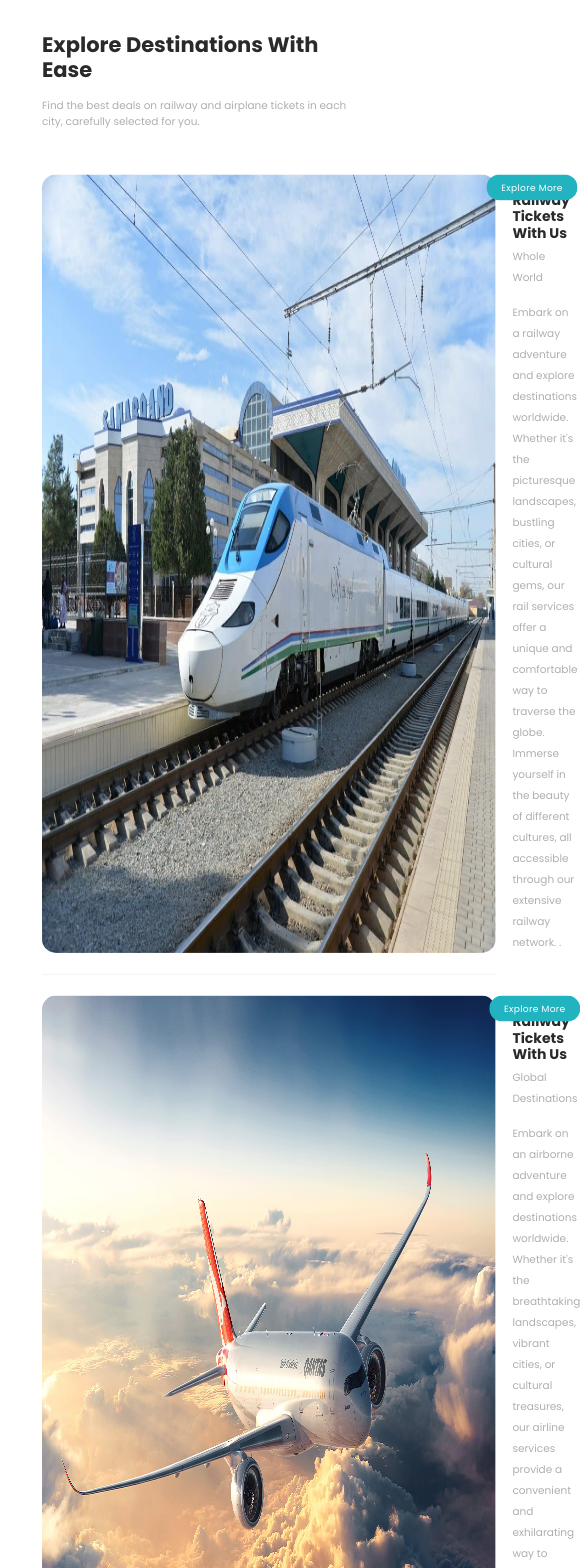
Repository: asadbekdev07/asadbekdev-zamontour-react
Page: /
These files come from the project's save history. The page is drawn as it stood at one moment and after the next save; the edit follows.
The browser window is 768 px wide. The page is 829 px wide, then 768 px, so the pictures cover 829 px, including what lies to the right of the window. The pictures show the part of the page from y = 2175 to 4415 px (the page is 4840 px tall before and 3909 px after), at 70% of full size.
The project was rebuilt for these pictures with package versions that can differ from the ones it lists, and the page was loaded fresh each time. Also part of the build but not shown: vite.config.js.

Above is the page before, as saved 2024-05-26 18:36:31.

### index.html
<!doctype html>
<html lang="en">
  <head>
    <meta charset="UTF-8" />
    <link rel="icon" type="image/svg+xml" href="/vite.svg" />
    <meta name="viewport" content="width=device-width, initial-scale=1.0" />
    <title>Vite + React</title>
    <link rel="stylesheet" href="https://cdnjs.cloudflare.com/ajax/libs/font-awesome/6.5.2/css/all.min.css" integrity="sha512-SnH5WK+bZxgPHs44uWIX+LLJAJ9/2PkPKZ5QiAj6Ta86w+fsb2TkcmfRyVX3pBnMFcV7oQPJkl9QevSCWr3W6A==" crossorigin="anonymous" referrerpolicy="no-referrer" />

  </head>
  <body>
    <div id="root"></div>
    <script type="module" src="/src/main.jsx"></script>
  </body>
</html>

### src/main.jsx
import React from 'react'
import ReactDOM from 'react-dom/client'
import App from './assets/components/App'
import './assets/styles/index.css'
import './i18n'

ReactDOM.createRoot(document.getElementById('root')).render(
  <React.StrictMode>
    <App />
  </React.StrictMode>,
)

### src/assets/components/App.jsx
import Destination from "./Destination"
import Offers from "./Offers"
import SiteHeader from "./Site-header"
import SliderHero from "./Slider-hero"
import Visa from "./Visa"

function App() {

  return (
    <>
      <SiteHeader />
      <SliderHero />
      <Offers />
      <Visa />
      <Destination />
    </>
  )
}

export default App

### src/assets/styles/index.css
/* CUSTOM PROPS */
:root {
  --primary-color: #22b3c1;
  --primary-bg-color: #ffffff;
  --border-color: #eeeeee;
  --secondary-text-color: #2a2a2a;
  --grayish-text-color: #afafaf;
  --form-border-color: #e0e0e0;
}

/* FONT-FACE  */
@font-face {
  font-family: "Poppins";
  src: url("../fonts/Poppins-Regular.woff2") format("woff2"), url("../fonts/Poppins-Regular.woff") format("woff");
  font-weight: normal;
  font-style: normal;
  font-display: swap;
}
@font-face {
  font-family: "Poppins";
  src: url("../fonts/Poppins-BoldItalic.woff2") format("woff2"), url("../fonts/Poppins-BoldItalic.woff") format("woff");
  font-weight: bold;
  font-style: italic;
  font-display: swap;
}
@font-face {
  font-family: "Poppins";
  src: url("../fonts/Poppins-SemiBold.woff2") format("woff2"), url("../fonts/Poppins-SemiBold.woff") format("woff");
  font-weight: 600;
  font-style: normal;
  font-display: swap;
}
@font-face {
  font-family: "Poppins";
  src: url("../fonts/Poppins-Medium.woff2") format("woff2"), url("../fonts/Poppins-Medium.woff") format("woff");
  font-weight: 500;
  font-style: normal;
  font-display: swap;
}
@font-face {
  font-family: "Poppins";
  src: url("../fonts/Poppins-Bold.woff2") format("woff2"), url("../fonts/Poppins-Bold.woff") format("woff");
  font-weight: bold;
  font-style: normal;
  font-display: swap;
}

/* GLOBAL  */
html {
  box-sizing: border-box;
  height: 100%;
  scroll-behavior: smooth;
}

*,
*::before,
*::after {
  box-sizing: inherit;
}

:focus {
  outline: 2px dotted var(--primary-color);
  outline-offset: 3px;
}

body {
  display: flex;
  flex-direction: column;
  height: 100%;
  padding: 0;
  margin: 0;
  font-weight: 400;
  font-family: "Poppins", "Arial", sans-serif;
  font-size: 15px;
  background-color: #ffffff;
  color: var(--grayish-text-color);
}

img {
  max-width: 100%;
  height: auto;
}

/* AUTOFILL-STYLES */
/*input:-webkit-autofill,
input:-webkit-autofill:hover,
input:-webkit-autofill:focus,
textarea:-webkit-autofill,
textarea:-webkit-autofill:hover,
textarea:-webkit-autofill:focus,
select:-webkit-autofill,
select:-webkit-autofill:hover,
select:-webkit-autofill:focus {
  border-color: transparent;
  -webkit-text-fill-color: inherit;
  -webkit-box-shadow: 0 0 0px 1000px #fff inset;
}*/


/* PLACEHOLDER-STYLES */
/*::-webkit-input-placeholder,
::-moz-placeholder,
:-ms-input-placeholder,
:-moz-placeholder {
  color: rgba(52, 49, 61, 0.5);
  opacity: 1;
}*/


/* VISUALLY-HIDDEN */
.visually-hidden {
  position: absolute;
  width: 1px;
  height: 1px;
  margin: -1px;
  border: 0;
  padding: 0;
  clip: rect(0 0 0 0);
  overflow: hidden;
}


/* CONTAINER  */
.container {
  width: 100%;
  max-width: 1200px;
  padding-left: 20px;
  padding-right: 20px;
  margin-left: auto;
  margin-right: auto;
}

/* MAIN-CONTENT  */
.main-content {
  flex-grow: 1;
}

/* BUTTON  */
.button {
  padding: 13px 30px;
  margin: 0;
  display: inline-block;
  border-radius: 25px;
  font-weight: 500;
  line-height: 21px;
  font-size: 14px;
  letter-spacing: 0.5px;
  transition: color 0.4s ease;
  text-transform: capitalize;
  border: 1px solid transparent;
  background-color: #22b3c1;
  color: #ffffff;
  overflow: hidden;
  text-decoration: none;
  cursor: pointer;
  white-space: nowrap;
  text-align: center;
}
.button:hover {
  opacity: 0.8;
}
.button:active {
  opacity: 0.6;
}

.button--arrow {
  color: #22b3c1;
  transition: all 0.5s ease;
  text-decoration: none;
}

.button--white {
  background-color: #ffffff;
  color: #22b3c1;
}
.button--white:hover {
  background-color: #22b3c1;
  color: #ffffff;
  opacity: 1;
}

.button--form {
  width: 100%;
  display: block;
}

.button--cta {
  border: 1px solid #e0e0e0;
}
.button--cta:hover {
  background-color: #ffffff;
  color: #22b3c1;
  opacity: 1;
}

/* SITE-HEADER  */
.site-header {
  position: relative;
  padding: 15px 20px;
  background-color: var(--primary-color);
}

.site-header :focus {
  outline: 2px dotted var(--primary-bg-color);
  outline-offset: 3px;
}

.site-header__container {
  display: flex;
  align-items: center;
  justify-content: space-between;
}

.site-header__sitenav {
  display: flex;
  align-items: center;
  justify-content: space-between;
}

.sitenav__list {
  padding: 0;
  margin: 0;
  list-style: none;
  display: flex;
  align-items: center;
}

.sitenav__item {
  margin-right: 30px;
}

.sitenav__link {
  text-decoration: none;
  color: var(--primary-bg-color);
  transition: color 0.4s ease;
}

.sitenav__link:hover {
  color: var(--secondary-text-color);
}

.sitenav__link:active {
  opacity: 0.6;
}

.lang {
  margin: 0;
  padding: 0;
  list-style: none;
  display: flex;
  align-items: center;
}

.lang__item {
  margin-right: 30px;
}

.lang__link {
  text-decoration: none;
  color: var(--primary-bg-color);
  transition: color 0.4s ease;
}

.lang__link:hover {
  color: var(--secondary-text-color);
}

.lang__link:active {
  opacity: 0.6;
}

.social {
  margin: 0;
  padding: 0;
  list-style: none;
  display: flex;
  align-items: center;
}

.social__item:not(:last-child) {
  margin-right: 30px;
}

.social__link {
  display: block;
  text-decoration: none;
}

.social__icon {
  display: block;
  color: var(--primary-bg-color);
}

.fa-telegram {
  transition: color 0.4s ease;
}

.fa-instagram {
  transition: color 0.4s ease;
}

.fa-telegram:hover {
  color: var(--secondary-text-color)
}

.fa-instagram:hover {
  color: var(--secondary-text-color)
}

.site-header__toggler {
  display: none;
  width: 24px;
  height: 22px;
  border: 0;
  background-color: transparent;
  padding: 0;
  margin: 0;
  color: var(--primary-bg-color);
}

/* SLIDER-HERO  */
.slider {
  background-position: center;
  background-repeat: no-repeat;
  background-size: cover;
}

.slider__container {
  width: 90%;
  padding-top: 90px;
  padding-bottom: 90px;
  display: flex;
  flex-direction: column;
  align-items: center;
}

.slider__top {
  padding-top: 50px;
  width: 100%;
  text-align: center;
}

.slider__top-heading {
  margin-top: 0;
  margin-bottom: 20px;
  font-weight: 500;
  font-size: 20px;
  color: var(--primary-bg-color);
}

.slider__top-city {
  margin-top: 0;
  margin-bottom: 30px;
  font-weight: 700;
  font-size: 50px;
  color: var(--primary-bg-color);
}

.slider__bottom {
  width: 100%;
}

.list {
  padding: 0;
  margin: 0;
  list-style: none;
  padding: 30px 60px;
  margin-top: 40px;
  display: flex;
  align-items: center;
  justify-content: space-between;
  border-radius: 60px;
  background-color: var(--primary-bg-color);
}

.list__item-inner {
  display: flex;
  align-items: center;
}
.list__item-inner .fa {
  display: flex;
  align-items: center;
  justify-content: center;
  margin-right: 20px;
  width: 60px;
  height: 60px;
  border-radius: 50%;
  line-height: 50px;
  font-size: 25px;
  text-align: center;
  border: 1px solid var(--primary-color);
  color: var(--primary-color);
}

.list__subheading {
  margin: 0;
  font-weight: 700;
  font-size: 20px;
  line-height: 28px;
  color: var(--primary-color);
}
.list__subheading span {
  font-weight: 400;
  font-size: 15px;
  color: var(--grayish-text-color);
}

.lang__link.selected {
  font-weight: bold;
  color: var(--primary-color);
  text-decoration: underline;
}

/* OFFERS  */
.offers,
.visa {
  position: relative;
  padding-top: 80px;
  padding-bottom: 80px;
}

.offers__content,
.visa__content {
  width: 70%;
  margin-left: 15%;
  margin-right: 15%;
  margin-bottom: 50px;
  text-align: center;
}

.offers__title,
.visa__title {
  margin-top: 0;
  margin-bottom: 20px;
  font-weight: 700;
  font-size: 30px;
  line-height: 36px;
  text-transform: capitalize;
  color: var(--secondary-text-color);
}

.offers__description,
.visa__description {
  line-height: 30px;
}

.offers__card,
.visa__card {
  width: 350px;
  height: 420px;
  border-radius: 8px;
  display: flex;
  cursor: pointer;
  align-items: center;
  justify-content: center;
  flex-direction: column;
  position: relative;
}

.offers__img,
.visa__img {
  height: 300px;
  padding-right: 150px;
  padding-bottom: 120px;
  border-top-left-radius: 23px;
  border-bottom-left-radius: 23px;
}


.visa__img {
  width: 50%;
  object-fit: cover;
}

.inner {
  position: absolute;
  right: 1%;
  display: flex;
  flex-direction: column;
  justify-content: center;
  position: absolute;
  z-index: 10000;
  width: 250px;
  padding: 25px;
  border-radius: 23px;
  box-shadow: 0px 0px 15px rgba(0, 0, 0, 0.15);
  background-color: var(--primary-bg-color);
}

.inner__top {
  display: flex;
  align-items: center;
  justify-content: space-between;
  padding-bottom: 10px;
  position: relative;
  margin-bottom: 15px;
  border-bottom: 1px solid #eee;
}

.inner__top h4 {
  font-size: 20px;
  line-height: 24px;
  color: var(--secondary-text-color);
  margin: 0;
}

.inner__top h6 {
  margin: 0;
  font-weight: 700;
  font-size: 20px;
  line-height: 24px;
  color: var(--primary-color);
}
.inner__top span {
  font-weight: 400;
  font-size: 15px;
  line-height: 18px;
}

.inner__list {
  margin: 0;
  padding: 0;
  list-style: none;
  margin-bottom: 10px;
}

.inner__list li:not(:last-child) {
  margin-bottom: 10px;
}

.inner__list li:not(:first-child) {
  font-size: 14px;
  line-height: 21px;
  color: var(--grayish-text-color);
}

.inner__list-title {
  font-weight: 600;
  font-size: 14px;
  line-height: 20px;
  color: var(--secondary-text-color);
}

.swiper-buttons {
  display: flex;
  justify-content: center;
  position: absolute;
  left: 42%;
  bottom: 10%; /* Adjust as needed */
  width: 15%;
}

.swiper-button-next,
.swiper-button-prev {
  width: 46px;
  height: 46px;
  border-radius: 50%;
  border: 1.5px solid var(--primary-color);
  background-color: var(--primary-bg-color);
  color: var(--primary-color);
  text-align: center;
  line-height: 44px;
  cursor: pointer;
  box-shadow: 0 3px 6px rgba(0, 0, 0, 0.23);
  margin: 0 15px;
  font-size: 20px;
}

.swiper-button-next:hover,
.swiper-button-prev:hover {
  background-color: var(--primary-color);
  color: var(--primary-bg-color);
}

.swiper-button-next::after,
.swiper-button-prev::after {
  font-size: 20px; /* Custom size for the arrow icons */
}

/* DESTINATION  */
.destination {
  padding: 40px;
}

.destination__top {
  width: 100%;
  max-width: 450px;
  margin-bottom: 65px;
}

.destination__top-heading {
  margin: 0;
  margin-bottom: 20px;
  font-weight: 700;
  font-size: 30px;
  line-height: 36px;
  color: #2a2a2a;
}

.destination__top-description {
  margin: 0;
  line-height: 30px;
}

.destination__list {
  padding: 0;
  margin: 0;
  list-style: none;
}

.destination__item {
  display: flex;
}
.destination__item:not(:last-child) {
  padding-bottom: 30px;
  margin-bottom: 30px;
  border-bottom: 1px solid #eeeeee;
}

.destination__img {
  margin-right: 24px;
  border-radius: 20px;
}

.destination__inner {
  width: 75%;
  position: relative;
}

.destination__inner-heading {
  margin: 0;
  margin-bottom: 6px;
  font-weight: 700;
  font-size: 20px;
  line-height: 24px;
  color: #2a2a2a;
}

.destination__inner-span {
  line-height: 30px;
}

.button__wrapper {
  position: absolute;
  top: 0;
  right: 0;
}

.destination__inner-description {
  margin: 0;
  margin-top: 20px;
  line-height: 30px;
}

@media only screen and (min-width: 1000px) and (max-width: 1200px) {
  .offers__card {
    width: 30%;
  }

  .offers__img {
    height: 300px;
    padding-right: 85px;
    padding-bottom: 120px;
  }

  .inner {
    width: 210px;
    padding: 21px;
  }
}
@media only screen and (max-width: 1000px) {
  .offers__card {
    width: 45%;
  }

  .offers__img {
    height: 300px;
    padding-right: 60px;
    padding-bottom: 120px;
  }

  .inner {
    width: 225px;
    padding: 25px;
  }

  .swiper-buttons {
    left: 45%;
  }

  .swiper-button-next,
  .swiper-button-prev {
    margin: 0 0;
  }
}

@media only screen and (max-width: 1000px) {
  .destination__img {
    width: 100%;
  }
  .destination__list {
    flex-direction: column;
  }
}

@media only screen and (max-width: 900px) {
  .site-header__sitenav {
    display: none;
  }

  .site-header__toggler {
    display: block;
  }

  .site-header.is-open .site-header__sitenav {
    z-index: 1000;
    width: 90%;
    display: flex;
    flex-direction: column;
    position: absolute;
    top: 90%;
    left: 5%;
    right: 5%;
    background-color: var(--primary-bg-color);
  }

  .site-header.is-open .sitenav {
    width: 100%;
  }

  .site-header.is-open .sitenav__list,
  .site-header.is-open .social,
  .site-header.is-open .lang {
    display: flex;
    flex-direction: column;
    width: 100%;
  }

  .site-header.is-open .sitenav__item,
  .site-header.is-open .lang__item,
  .site-header.is-open .social__item {
    width: 100%;
    margin: 0;
    padding-top: 8px;
    padding-bottom: 8px;
    border-bottom: 1px solid var(--form-border-color);
    text-align: center;
  }

  .site-header.is-open .sitenav__link,
  .site-header.is-open .lang__link,
  .site-header.is-open .social__link,
  .site-header.is-open .social__icon {
    color: var(--secondary-text-color);
  }

  .site-header.is-open .lang__link:hover,
  .site-header.is-open .social__link:hover,
  .site-header.is-open .social__icon:hover {
    color: var(--primary-color);
  }
  /* LIST */
  .list__subheading {
    font-size: 15px;
    line-height: 18px;
  }
  .list__subheading span {
    font-size: 12px;
  }
  .list__item-inner .fa {
    margin-right: 15px;
    width: 50px;
    height: 50px;
    border-radius: 50%;
    line-height: 40px;
    font-size: 20px;
  }
}

@media only screen and (max-width: 800px) {
  .button {
    padding: 10px 20px;
    border-radius: 20px;
    font-weight: 400;
    line-height: 15px;
    font-size: 13px;
    letter-spacing: 0.5px;
  }
  /* SLIDER  */
  .slider__top-heading {
    margin-bottom: 18px;
    font-weight: 500;
    font-size: 16px;
  }
  .slider__top-city {
    margin-top: 0;
    margin-bottom: 25px;
    font-weight: 700;
    font-size: 40px;
  }

  .swiper-button-next,
  .swiper-button-prev {
    margin: 0 -8px;
  }
}

@media only screen and (min-width: 500px) and (max-width: 700px) {
  .offers__img,
  .visa__img {
    padding-right: 120px;
  }
  .inner {
    width: 275px;
    margin-right: 30px;
  }
}

@media only screen and (max-width: 700px) {
  .list {
    padding: 20px 40px;
    margin-top: 30px;
    border-radius: 50px;
  }
  .list__item-inner .fa {
    margin-right: 12px;
    width: 35px;
    height: 35px;
    border-radius: 50%;
    line-height: 25px;
    font-size: 15px;
  }
  .list__subheading {
    font-size: 13px;
    line-height: 15px;
  }
  .list__subheading span {
    font-size: 10px;
  }
  .offers__content {
    width: 90%;
    margin-left: 5px;
    margin-right: 5px;
  }
  .offers__title,
  .visa__title {
    font-size: 25px;
  }
  .offers__description,
  .visa__description {
    line-height: 25px;
  }
  .offers__img {
    width: 300px;
  }
  .swiper-button-next,
  .swiper-button-prev {
    margin: 0 -12px;
  }
}

@media only screen and (max-width: 600px) {
  .button {
    padding: 8px 18px;
    border-radius: 18px;
    font-weight: 400;
    line-height: 10px;
    font-size: 10px;
    letter-spacing: 0.5px;
  }
  /* SLIDER  */
  .slider {
    padding-top: 0;
    padding-bottom: 0;
  }
  .slider__top {
    padding-top: 20px;
  }
  .slider__top-heading {
    margin-bottom: 14px;
    font-weight: 500;
    font-size: 12px;
  }
  .slider__top-city {
    margin-top: 0;
    margin-bottom: 20px;
    font-weight: 700;
    font-size: 30px;
  }
  /* LIST  */
  .list__item-inner .fa {
    margin-right: 10px;
    width: 30px;
    height: 30px;
    border-radius: 50%;
    line-height: 20px;
    font-size: 12px;
  }
  .list__subheading {
    font-size: 10px;
    line-height: 12px;
  }
  .list__subheading span {
    font-size: 8px;
  }
  .swiper-button-next,
  .swiper-button-prev {
    margin: 0 -20px;
  }
}

@media only screen and (max-width: 500px) {
  .button {
    padding: 6px 12px;
    border-radius: 15px;
    font-weight: 400;
    line-height: 1;
    font-size: 7px;
    letter-spacing: 0.5px;
  }
  /* SLIDER  */

  .slider__container {
    padding-top: 50px;
    padding-bottom: 50px;
  }
  /* LIST  */
  .list {
    padding: 15px 22px;
    margin-top: 25px;
    border-radius: 40px;
  }
  .list__item-inner .fa {
    margin-right: 5px;
    width: 20px;
    height: 20px;
    border-radius: 50%;
    line-height: 10px;
    font-size: 8px;
  }
  .list__subheading {
    font-size: 7px;
    line-height: 1;
  }
  .list__subheading span {
    font-size: 5px;
  }
  .offers__img {
    width: 230px;
  }
  .swiper-button-next,
  .swiper-button-prev {
    margin: 0 -35px;
  }
}

@media
only screen and (-webkit-min-device-pixel-ratio: 2),
only screen and (   min--moz-device-pixel-ratio: 2),
only screen and (     -o-min-device-pixel-ratio: 2/1),
only screen and (        min-device-pixel-ratio: 2),
only screen and (                min-resolution: 192dpi),
only screen and (                min-resolution: 2dppx) {

}

### src/i18n.jsx
import i18n from 'i18next';
import { initReactI18next } from 'react-i18next';
import Backend from 'i18next-http-backend';
import laungageDetector from 'i18next-browser-languagedetector';
import enLang from '../public/locales/en.json'
import uzLang from '../public/locales/uz.json'
import ruLang from '../public/locales/ru.json'

i18n
.use(Backend)
.use(laungageDetector)
.use(initReactI18next)
.init({
  fallbackLng: 'en',
  lng: 'en',
  debug: true,
  resources: {
    en:{translation: enLang},
    uz:{translation: uzLang},
    ru:{translation: ruLang}
  }
})

export default i18n;

### src/assets/components/Destination.jsx
import afrasiab from "/img/afr.jpg";
import airplane from "/img/airplane.jpg";

const destinationData = [
  { img: afrasiab, heading: "Cheap Railway Tickets With Us", subheading: "Whole World", text: "Embark on a railway adventure and explore destinations worldwide. Whether it's the picturesque landscapes, bustling cities, or cultural gems, our rail services offer a unique and comfortable way to traverse the globe. Immerse yourself in the beauty of different cultures, all accessible through our extensive railway network. ." },
  { img: airplane, heading: "Cheap Railway Tickets With Us", subheading: "Global Destinations", text: "Embark on an airborne adventure and explore destinations worldwide. Whether it's the breathtaking landscapes, vibrant cities, or cultural treasures, our airline services provide a convenient and exhilarating way to navigate the globe. Immerse yourself in the richness of diverse cultures, all easily accessible through our extensive air travel network.." },
]

const Destination = () => {
  return (
    <section className="destination">
      <div className="container">
        <div className="destination__top">
          <h2 className="destination__top-heading">Explore Destinations With Ease</h2>
          <p className="destination__top-text">Find the best deals on railway and airplane tickets in each city, carefully selected for you.</p>
        </div>

        <ul className="destination__list">
          {destinationData.map((destination, index) =>(
            <li key={index} className="destination__item">
            <img className="destination__img" src={destination.img} alt="Airplane img" width={340} height={228}/>
            <div className="destination__inner">
              <h3 className="destination__inner-heading">{destination.heading}</h3>
              <span className="destination__inner-span">{destination.subheading}</span>
              <div className="button__wrapper">
                <a className="button" href="#contact">Explore More</a>
              </div>
              <p className="destination__inner-description">{destination.text}</p>
            </div>
          </li>
          ))}
        </ul>
      </div>
    </section>
  )
}

export default Destination

### src/assets/components/Slider-hero.jsx
import React from 'react';
import { Swiper, SwiperSlide } from 'swiper/react';
import 'swiper/css';
import 'swiper/css/pagination';
import 'swiper/css/navigation';


import { Autoplay, Pagination, Navigation } from 'swiper/modules';

import istanbulImg from '/img/istanbul.jpg';
import antalyaImg from '/img/antalya.jpg';
import dubaiImg from '/img/dubai2.jpg';
import sharmImg from '/img/sharm.jpg';

const slidesData = [
  {
    img: istanbulImg,
    city: 'Istanbul',
    population: '15.5 M',
    territory: '5.461 km²',
    avgPrice: '$946.000'
  },
  {
    img: antalyaImg,
    city: 'Antalya',
    population: '1.5 M',
    territory: '1.417 km²',
    avgPrice: '$1.100.200'
  },
  {
    img: dubaiImg,
    city: 'Dubai',
    population: '3.3 M',
    territory: '35 km²',
    avgPrice: '$425.000'
  },
  {
    img: sharmImg,
    city: 'Sharm El-Sheikh',
    population: '0.07 M',
    territory: '45 km²',
    avgPrice: '$165.450'
  }
];

const SlideContent = ({ img, city, population, territory, avgPrice }) => (
  <section className="slider" style={{ backgroundImage: `url(${img})` }}>
    <div className="container slider__container">
      <div className="slider__top">
        <h3 className="slider__top-heading">Take a Glimpse Into The Beautiful City Of:</h3>
        <h2 className="slider__top-city">{city}</h2>
        <a className="button button--cta" href="#contact">Go There</a>
      </div>
      <div className="slider__bottom">
        <ul className="slider__bottom-list list">
          <li className="list__item">
            <div className="list__item-inner">
              <i className="fa fa-user"></i>
              <h4 className="list__subheading">
                <span>Population:</span><br />{population}
              </h4>
            </div>
          </li>
          <li className="list__item">
            <div className="list__item-inner">
              <i className="fa fa-globe"></i>
              <h4 className="list__subheading">
                <span>Territory:</span><br />{territory}
              </h4>
            </div>
          </li>
          <li className="list__item">
            <div className="list__item-inner">
              <i className="fa fa-home"></i>
              <h4 className="list__subheading">
                <span>Avg Price:</span><br />{avgPrice}
              </h4>
            </div>
          </li>
          <div className="list__item-inner">
            <a className="button" href="#contact">Explore More</a>
          </div>
        </ul>
      </div>
    </div>
  </section>
);

export default function SliderHero() {
  return (
    <Swiper
      spaceBetween={5}
      centeredSlides={true}
      autoplay={{
        delay: 5500,
        disableOnInteraction: false,
      }}
      pagination={{
        clickable: true,
      }}
      loop={true}
      navigation={false}
      modules={[Autoplay, Pagination, Navigation]}
      className="mySwiper"
    >
      {slidesData.map((slide, index) => (
        <SwiperSlide key={index}>
          <SlideContent {...slide} />
        </SwiperSlide>
      ))}
    </Swiper>
  );
}

Loaded but not shown: public/locales/uz.json (12 lines, source omitted); public/locales/en.json (12 lines, source omitted); public/locales/ru.json (12 lines, source omitted); src/assets/components/Site-header.jsx (106 lines, source omitted); src/assets/components/Offers.jsx (86 lines, source omitted); src/assets/components/Visa.jsx (86 lines, source omitted)

After the next save:
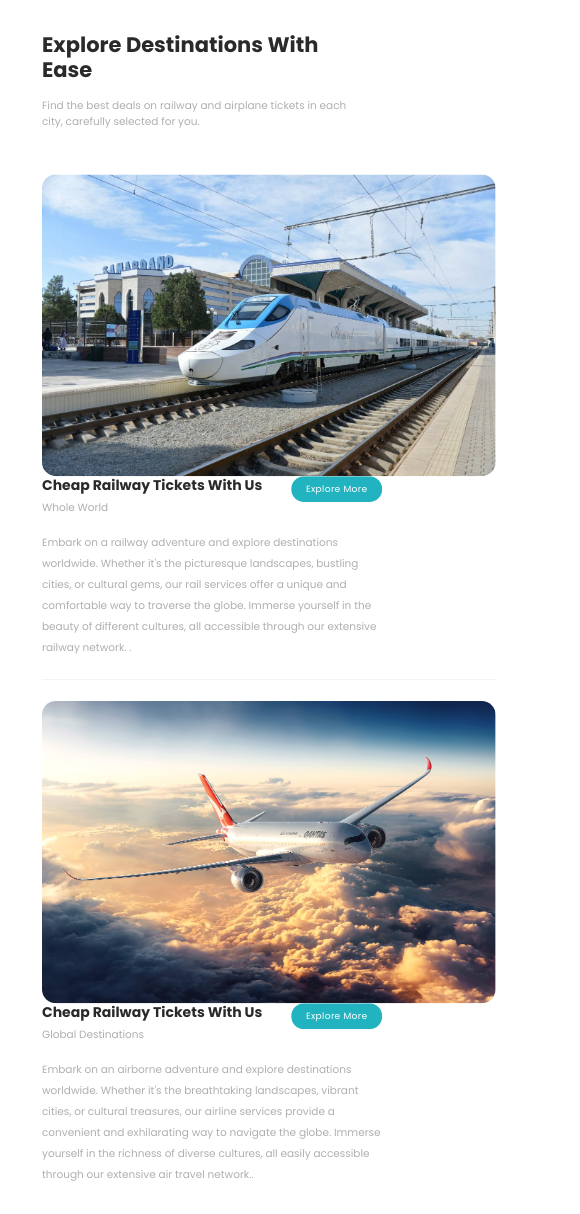
Saved 39 s later.
--- a/src/assets/styles/index.css
+++ b/src/assets/styles/index.css
@@ -698,7 +698,8 @@ select:-webkit-autofill:focus {
   .destination__img {
     width: 100%;
   }
-  .destination__list {
+  .destination__item {
+    display: flex;
     flex-direction: column;
   }
 }
